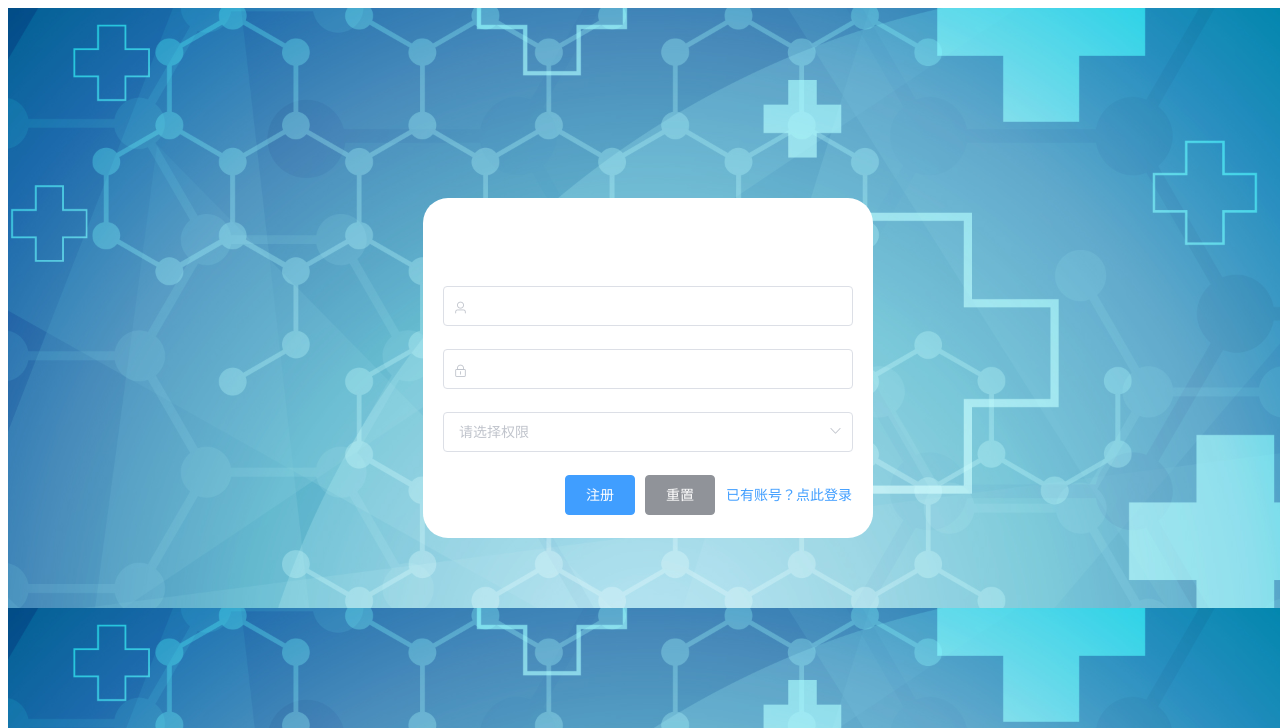
Repository: ShaoCHis/WEB-SOA-frontEnd
Page: /#/register
The author's editor kept a copy of each file at every save. The page is drawn from the files as they stood at one save, then again after the next save.
The browser window is 1280 px wide. The pictures show the whole page.
The project was rebuilt for these pictures with package versions that can differ from the ones it lists, and the page was loaded fresh each time. Also part of the build but not shown: src/components/Login.vue, src/components/test.vue, src/components/test2.vue, src/components/Admin/ManagePage.vue, src/components/Hospital/HMainPage.vue, src/components/Patient/MainPage.vue.

Above is the page before, as saved 2021-11-16 18:29:55.

After the next save:
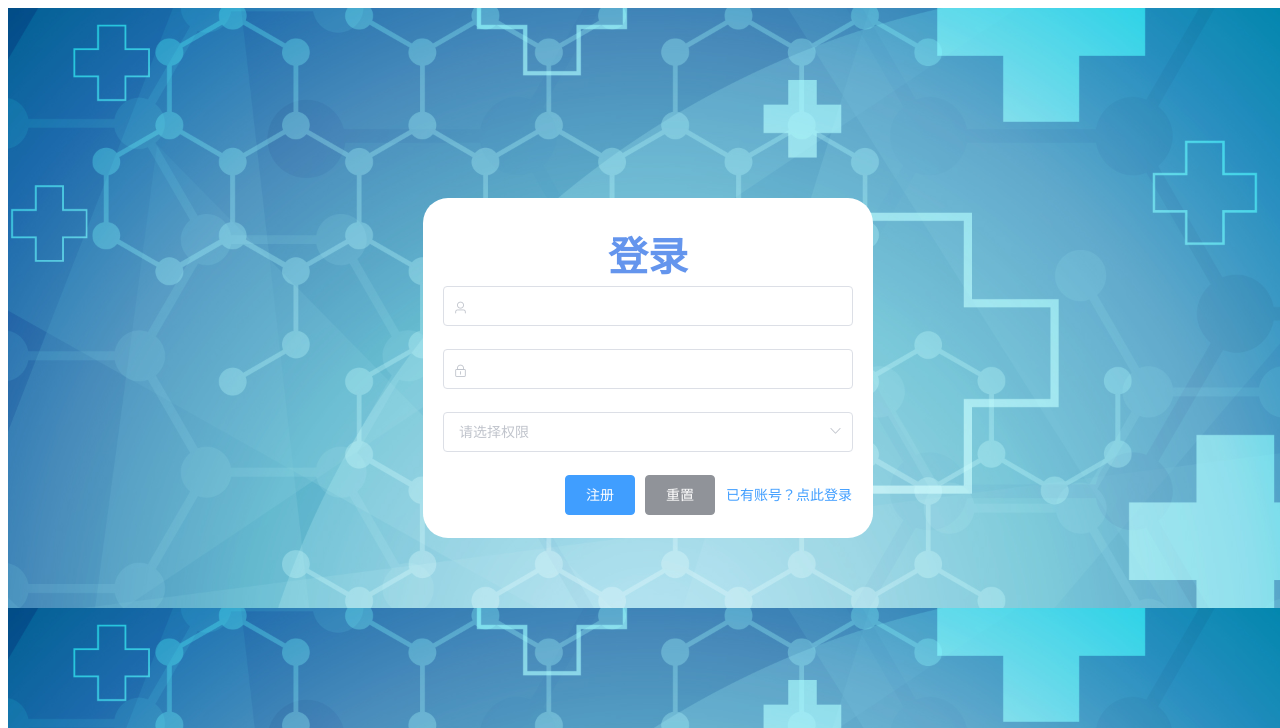
Saved 17 s later.
--- a/src/components/Register.vue
+++ b/src/components/Register.vue
@@ -2,6 +2,9 @@
 <div>
     <div class="register_container" >
         <div class="register_box">
+            <div class="tip">
+             <h1>登录</h1>
+            </div>
             <!-- 头像区域 -->
             <!-- <div class="avatar_box">
                <img src="../assets/back.jpg" alt="">
